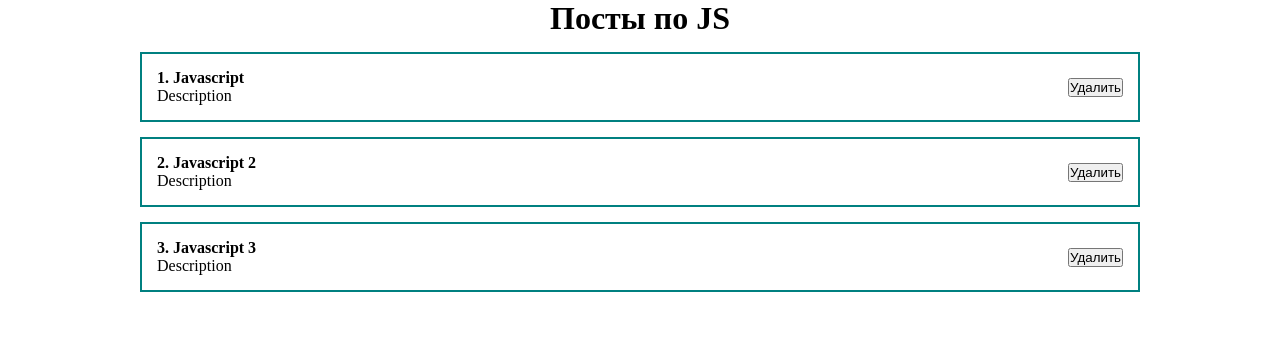
Repository: otvertka/ulb
Page: /
An editor plug-in stored every save of this project. The page is shown before and after the next save, followed by the edit.
The browser window is 1280 px wide. The pictures show the whole page.
The project was rebuilt for these pictures with package versions that can differ from the ones it lists, and the page was loaded fresh each time. Also part of the build but not shown: src/components/Counter.jsx, src/components/ClassCounter.jsx.

Above is the page before, as saved 2023-06-10 13:32:18.

After the next save:
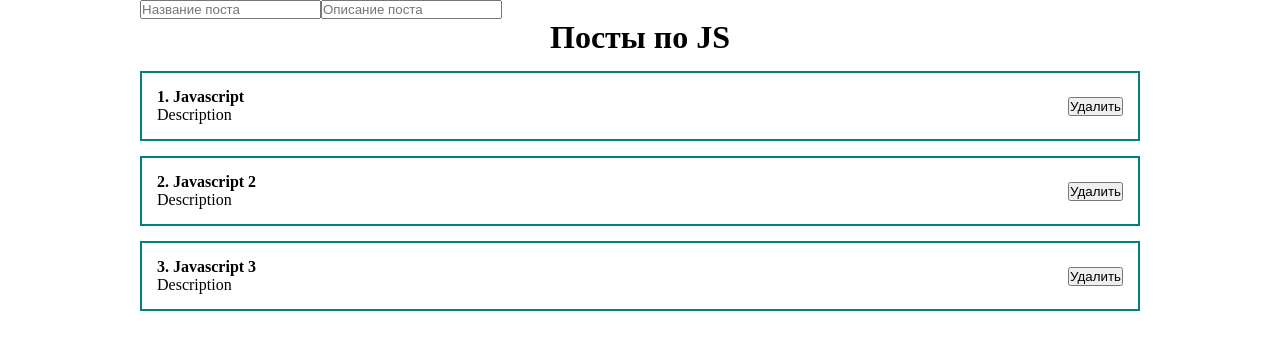
Saved 55 s later.
--- a/src/App.js
+++ b/src/App.js
@@ -15,6 +15,10 @@ function App() {
   // импортируем компонент
   return (
     <div className="App">
+      <form>
+        <input type="text" placeholder="Название поста"></input>
+        <input type="text" placeholder="Описание поста"></input>
+      </form>
       <PostList posts={posts} title="Посты по JS" />
     </div>
   );
